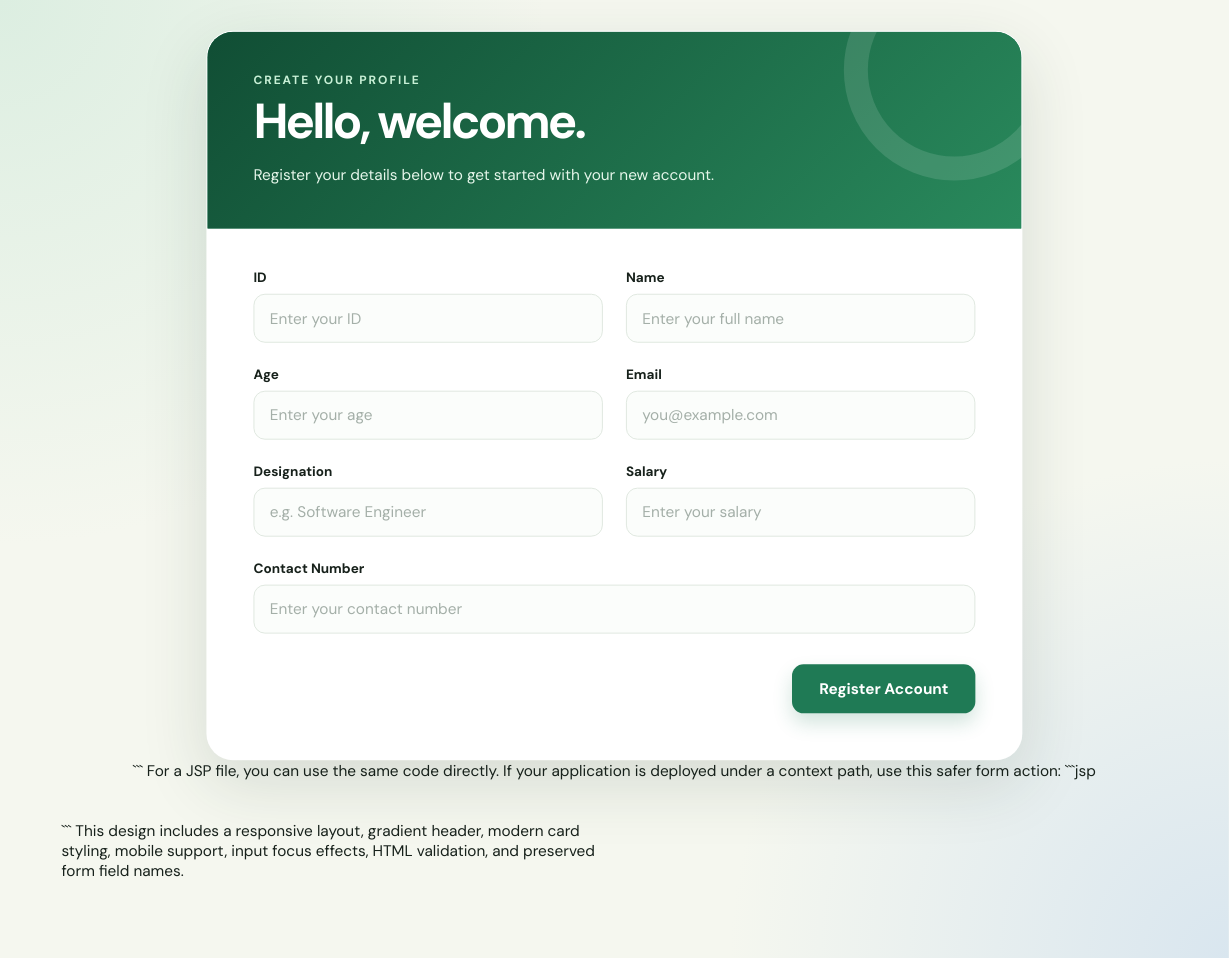
Repository: Jaydip-03/spring-datajpa
Page: http://localhost/EmployeeCrud/WEB-INF/views/register.jsp
These files come from the project's save history. The page is drawn as it stood at one moment and after the next save; the edit follows.
The browser window is 1280 px wide. The pictures show the whole page, at 96% of full size.
The page is served by Tomcat 10. Nobody is signed in. The template is opened directly, without the code that normally fills it, so the values that code supplies are empty.

Above is the page before, as saved 2026-09-09 10:50:53.

After the next save:
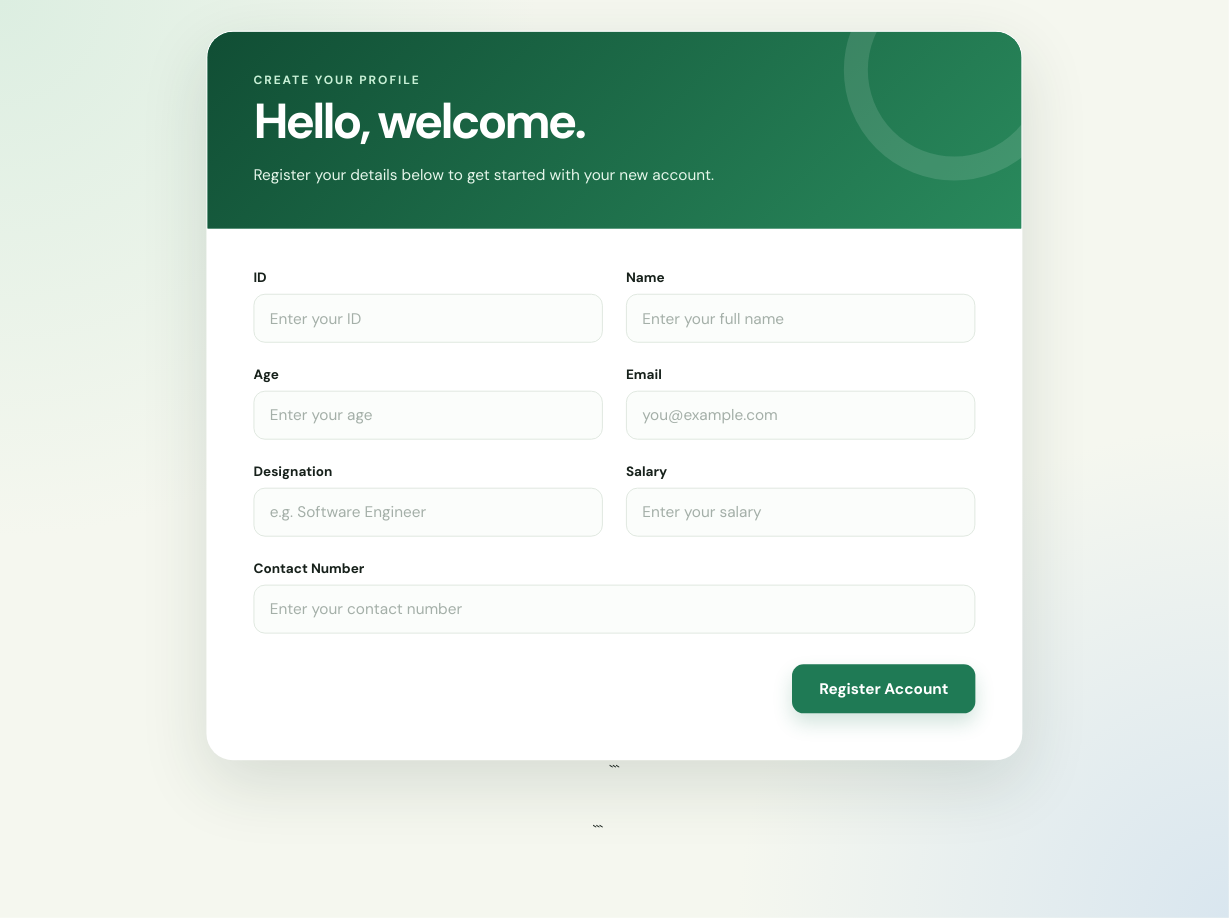
Saved 24 s later.
--- a/EmployeeCrud/src/main/webapp/WEB-INF/views/register.jsp
+++ b/EmployeeCrud/src/main/webapp/WEB-INF/views/register.jsp
@@ -589,10 +589,6 @@ This version adds:
 </html>
 ```
 
-For a JSP file, you can use the same code directly. If your application is deployed under a context path, use this safer form action:
-
-```jsp
+
 <form action="${pageContext.request.contextPath}/save" method="post">
 ```
-
-This design includes a responsive layout, gradient header, modern card styling, mobile support, input focus effects, HTML validation, and preserved form field names.
